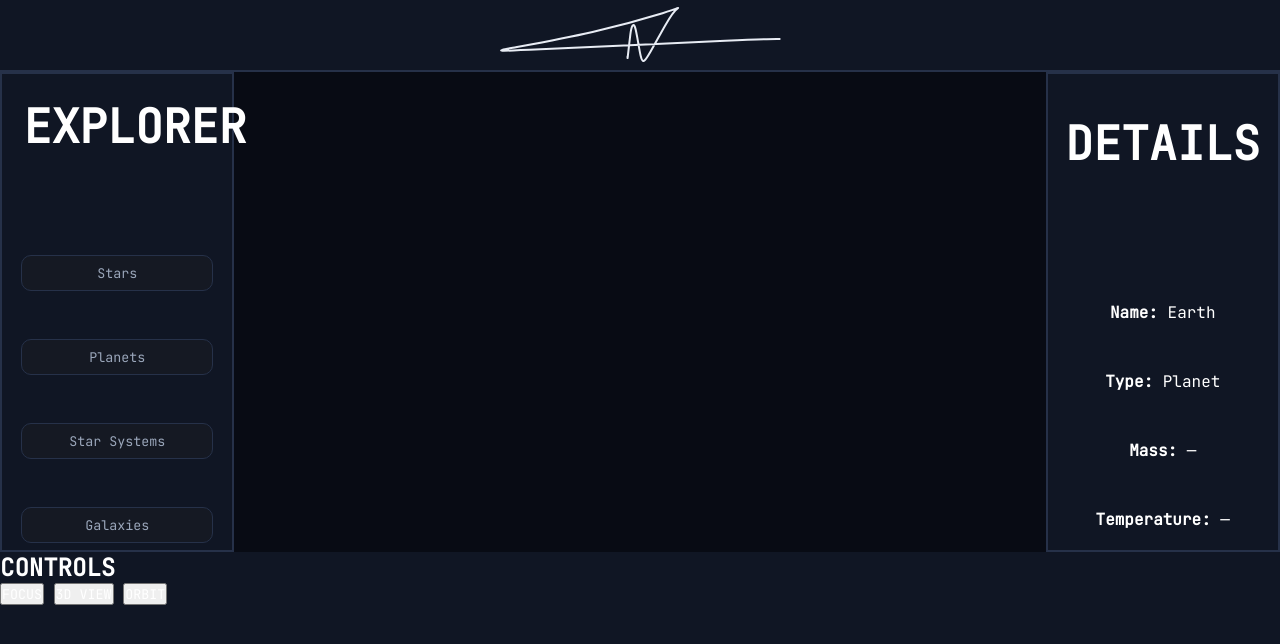
Repository: nico-madruga/Universe
Page: front-end/html/index.html
These files come from the project's save history. The page is drawn as it stood at one moment and after a run of saves; the edit follows.
The browser window is 1280 px wide. The pictures show the whole page.

Above is the page before, as saved 2026-09-28 18:01:24.

### front-end/html/index.html
<!DOCTYPE html>
<html lang="en">
<head>
    <meta charset="UTF-8">
    <meta name="viewport" content="width=device-width, initial-scale=1.0">
    <link href='https://fonts.googleapis.com/css?family=JetBrains Mono' rel='stylesheet'>
    <link rel="stylesheet" href="../css/style.css">
    <title>Universe</title>

    <link rel="stylesheet" href="../css/style.css">
</head>

<body>

    <header>
        <img src="/front-end/imgs/Vector 1.svg">
    </header>


    <main class="layout">

        <aside class="sidebar">

            <h2>EXPLORER</h2>

            <nav>
                <button class="standard_button">Stars</button>
                <button class="standard_button">Planets</button>
                <button class="standard_button">Star Systems</button>
                <button class="standard_button">Galaxies</button>
            </nav>

        </aside>


                <div class="star star-1"></div>
                <div class="star star-2"></div>
                <div class="star star-3"></div>

                <div class="planet"></div>

            <section class="object-info">

                <h2>DETAILS</h2>

                <div class="info-grid">

                    <p>
                        <strong>Name:</strong>
                        Earth
                    </p>

                    <p>
                        <strong>Type:</strong>
                        Planet
                    </p>

                    <p>
                        <strong>Mass:</strong>
                        —
                    </p>

                    <p>
                        <strong>Temperature:</strong>
                        —
                    </p>

                </div>

            </section>

        </section>

    </main>

    <footer class="controls">
        <h2>CONTROLS</h2>

        <div class="control-buttons">
            <button class="control-button">FOCUS</button>
            <button class="control-button">3D VIEW</button>
            <button class="control-button">ORBIT</button>
        </div>
    </footer>

</body>
</html>

### front-end/css/style.css
:root
{
    --background-color: #101624;
    --planet-background-color: #080B14;
    --button-color: #2222224D;
    --button-border-color-hovered: #222222;
    --button-color-hovered: #263149BF;
    --panels-color: #101624;
    --panel-borders-color: #263149;
    --main-text-color: #E8ECF4;
    --secondary-text-color: #9AA6BA;
    --primary-accent-color: #4CC9F0;
    --secondary-accent-color: #8B7CFF;
    --highlight-color: #A9E8FF;
}

*
{
 padding: 0;
 margin: 0;
 color: white;
 font-family: 'JetBrains Mono';
}

header
{
    display: flex;
    padding: 1vh 0;
    background-color: var(--background-color);
    flex-direction: row-reverse;
    justify-content: space-evenly;
    border-bottom: 2px solid var(--panel-borders-color);
}

header input
{
    align-self: center;
    height: 2rem;
}

body
{
    background-color: var(--background-color);
}

.layout
{
    display: flex;
    justify-content: space-between;
    background-color: var(--planet-background-color);
}

.layout .sidebar
{
    display: flex;
    flex-direction: column;
    text-align: center;
    width: 18vw;
    height: 66vh;
    border: 2px solid var(--panel-borders-color);
    background-color: var(--panels-color);
}

.sidebar h2
{
    padding: 3vh;
    font-size: 2.9rem;
    font-style: normal;
}

.sidebar nav
{
    display: flex;
    flex-direction: column;
    gap: 48px;
    padding-top: 4.8rem;
}

.standard_button
{
    align-self: center;
    width: 15vw;
    height: 5vh;
    background-color: var(--button-color);
    border: 1px solid var(--panel-borders-color);
    border-style: solid;
    color: var(--secondary-text-color);
    border-radius: 10px;
}

.standard_button:hover
{
    border: 1px solid var(--button-border-color-hovered);
    background-color: var(--button-color-hovered);
    color: var(--secondary-accent-color)
}

.content
{
    display: flex;
}

.content .space
{
    background-color: var(--planet-background-color);
    width: 100%;
}

.layout .object-info
{
    display: flex;
    flex-direction: column;
    padding-top: 2.4rem;
    text-align: center;
    gap: 48px;
    width: 18vw;
    border: 2px solid var(--panel-borders-color);
    background-color: var(--panels-color);
}

.layout .object-info h2
{
    font-size: 2.9rem;
}

.layout .object-info .info-grid
{
    display: flex;
    flex-direction: column;
    padding-top: 5rem;
    gap: 48px;
}

.control-button
{
    background-color: ;
}

After the next 2 saves:
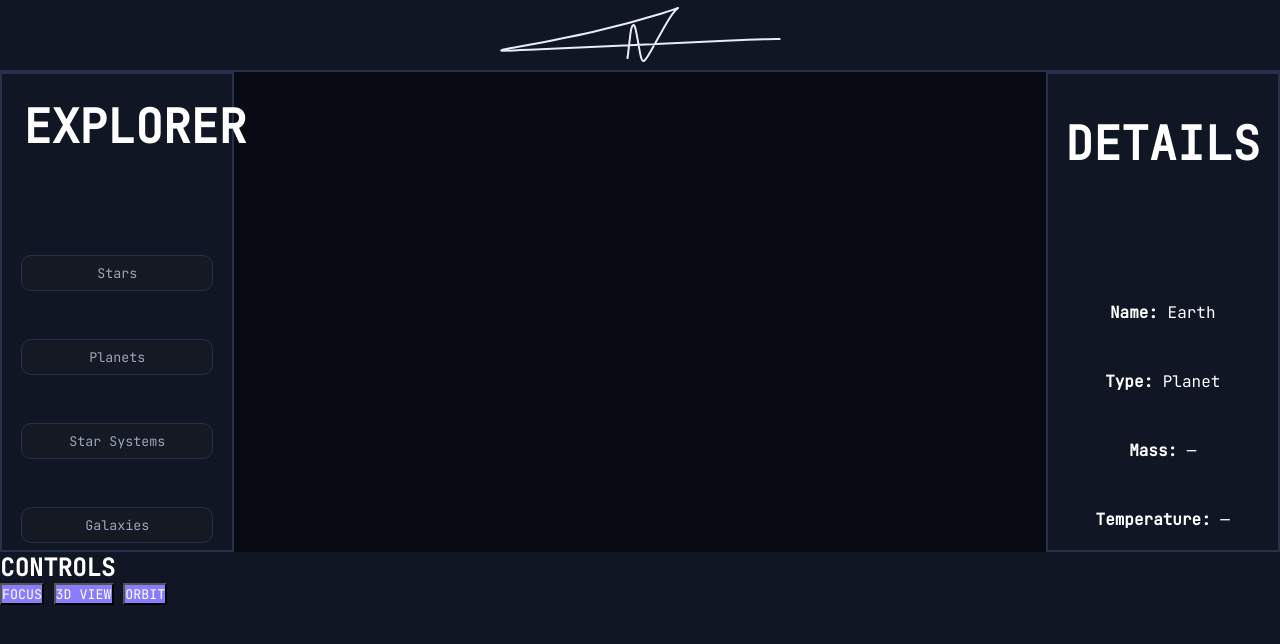
The 2 saves are shown as one change because they came seconds apart.
The last was saved 40 s later.
--- a/front-end/css/style.css
+++ b/front-end/css/style.css
@@ -11,6 +11,7 @@
     --secondary-text-color: #9AA6BA;
     --primary-accent-color: #4CC9F0;
     --secondary-accent-color: #8B7CFF;
+    --control-button-color: #8B7CFF4D;
     --highlight-color: #A9E8FF;
 }
 
@@ -133,5 +134,5 @@ body
 
 .control-button
 {
-    background-color: ;
+    background-color: var(--secondary-accent-color);
 }
